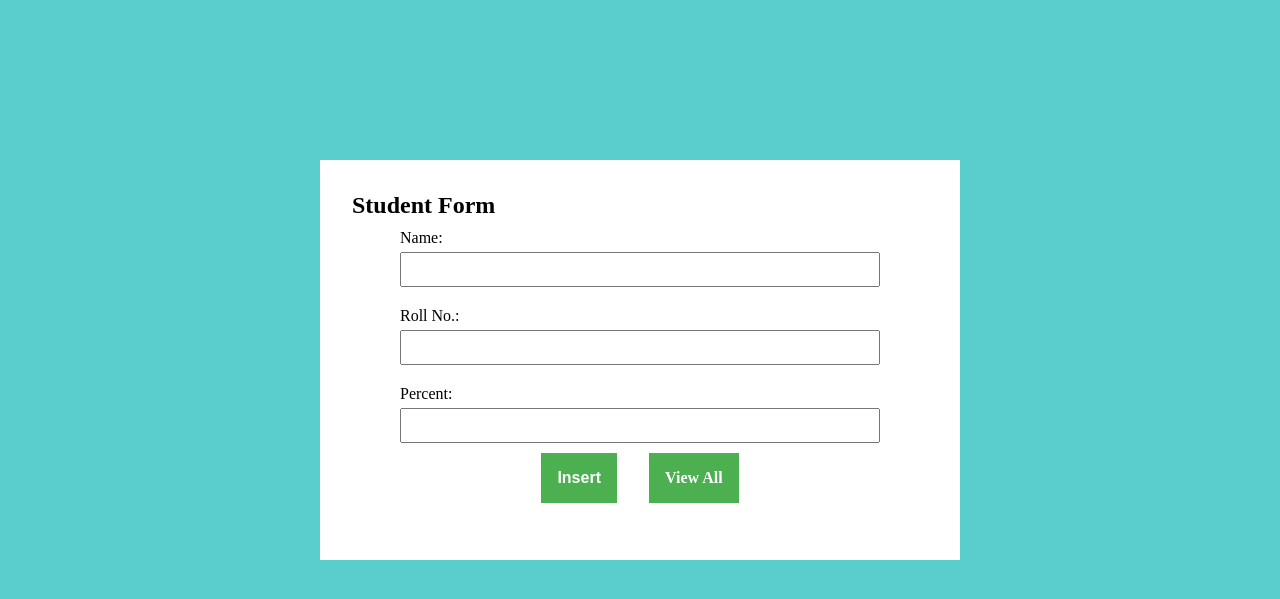
Repository: deeptimahisare1206/Todo_List
Page: http://localhost/Hib_Nest/
An editor plug-in stored every save of this project. The page is shown before and after the next save, followed by the edit.
The browser window is 1280 px wide. The pictures show the whole page.
The page is served by Tomcat 10. Other server files are loaded and not shown.

Above is the page before, as saved 2024-11-17 16:14:16.

### Hib_Nest/src/main/webapp/index.jsp
<%@ page language="java" contentType="text/html; charset=UTF-8"
	pageEncoding="UTF-8"%>
<html>
<head>
<style>
*{
margin:0;
padding:0;
box-sizing: border-box;

}
body {
display:grid;
place-items:center;
	background-color: #5acdcd;
	gap: 2rem;
	height: 100vh;
}

.container{
padding:2rem;
	background-color: white;
	height: 25rem;
	width:50vw;
}

form {
    width: 30rem;
    margin: 0 auto;
}

label {
    display: block;
    margin: 10px 0 5px;
}

input[type="text"],
input[type="number"] {
    width: 100%;
    padding: 8px;
    margin-bottom: 10px;
}

input[type="submit"] ,a{
    background-color: #4CAF50;
    color: white;
    font-size:1rem;
    font-weight:bolder;
    padding: 1rem;
    border: none;
    cursor: pointer;
    text-decoration: none;
}

input[type="submit"]:hover {
    background-color: #45a049;
}
.btns{
width: 100%;
display: flex;
gap:2rem;
justify-content:center;
}
</style>
</head>
<body>
<div class="container">
	<h2>Student Form</h2>

	<form action="Register" method="get">
		<label>Name:</label><input type="text" name="name"><label>Roll
			No.: </label> <input type="number" name="roll"> <label>Percent:
		</label><input type="number" name="percent">
		<div class="btns"> <input type="submit"
			value="Insert">
			<a href="Display.jsp">View All</a></div>
	</form>
	</div>
</body>
</html>

After the next save:
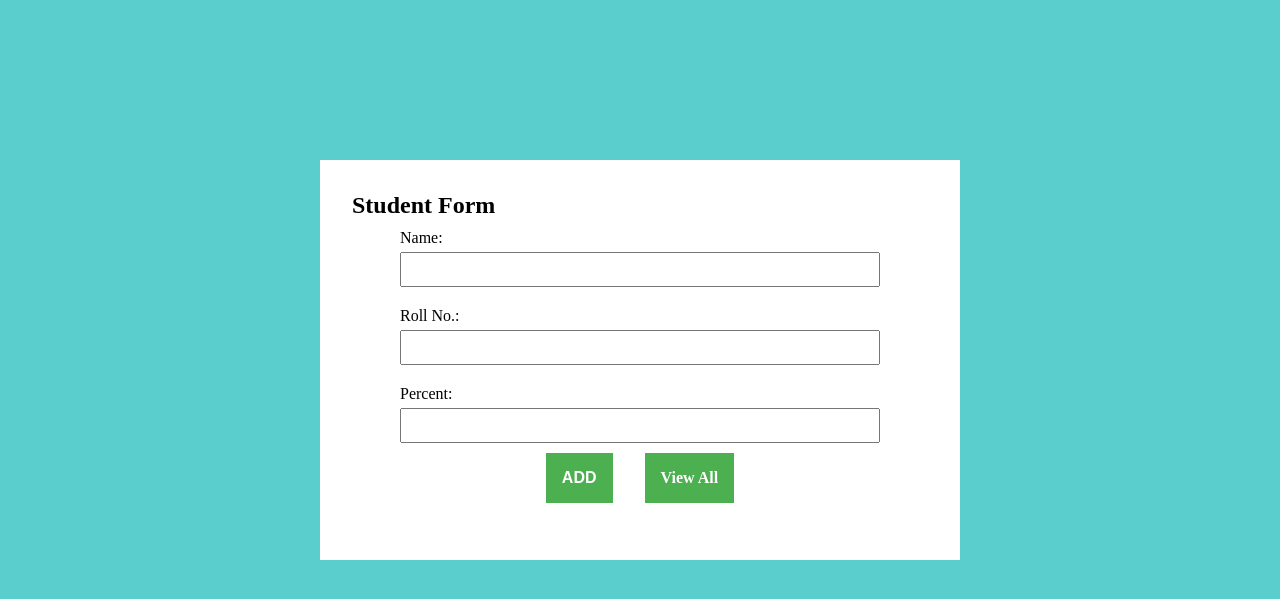
Saved 17 s later.
--- a/Hib_Nest/src/main/webapp/index.jsp
+++ b/Hib_Nest/src/main/webapp/index.jsp
@@ -72,7 +72,7 @@ justify-content:center;
 			No.: </label> <input type="number" name="roll"> <label>Percent:
 		</label><input type="number" name="percent">
 		<div class="btns"> <input type="submit"
-			value="Insert">
+			value="ADD">
 			<a href="Display.jsp">View All</a></div>
 	</form>
 	</div>
